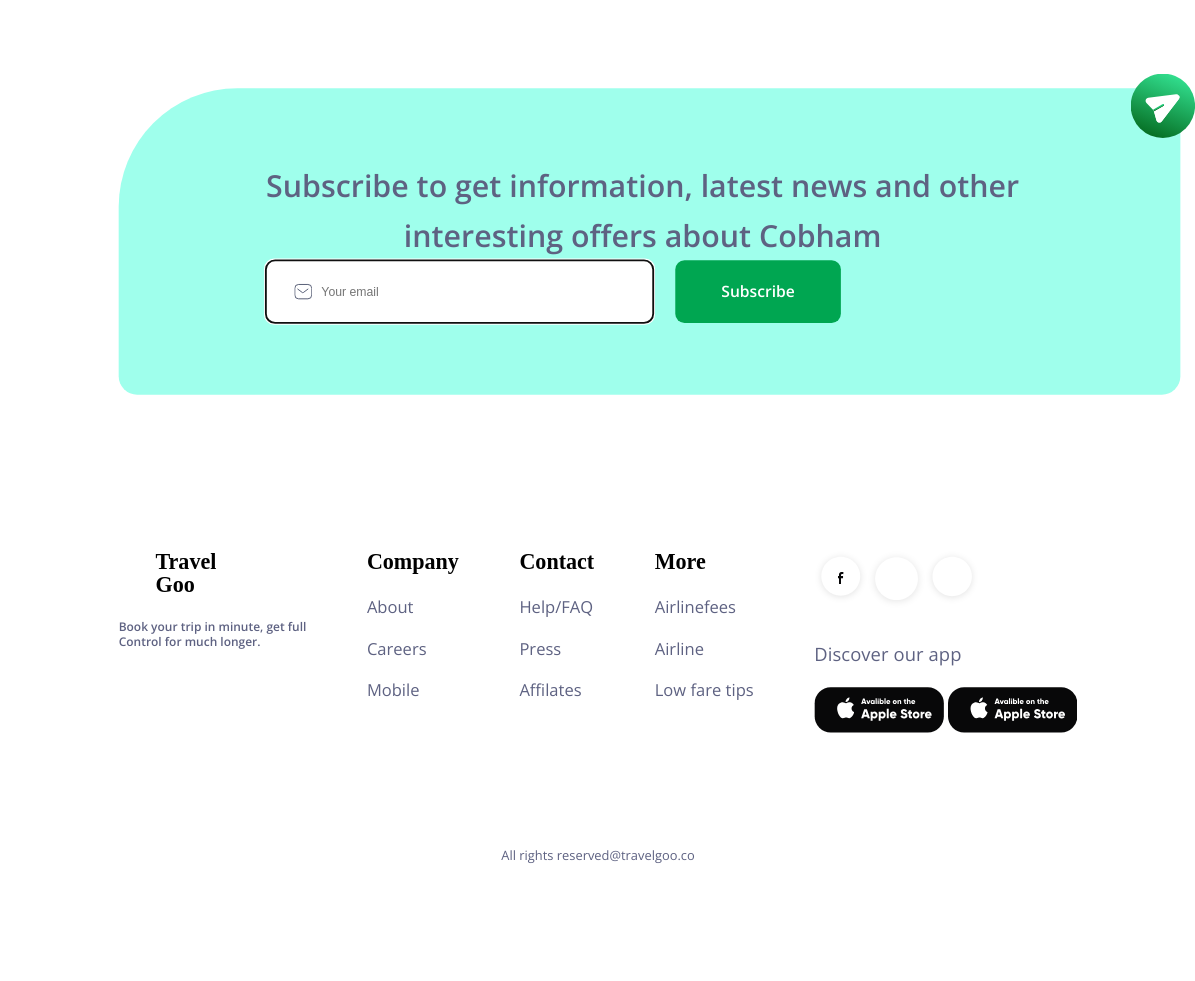
Repository: HeybetzadeQedim/task-5
Page: index.html
The author's editor kept a copy of each file at every save. The page is drawn from the files as they stood at one save, then again after the next save.
The browser window is 1280 px wide. The page is 1299 px wide, so the pictures cover 1299 px, including what lies to the right of the window. The pictures show the whole page, at 92% of full size.
The first visible `.input-box` has the focus.
Some web fonts or font styles are not loaded; a fallback is used.

Above is the page before, as saved 2023-10-16 16:23:53.

After the next save:
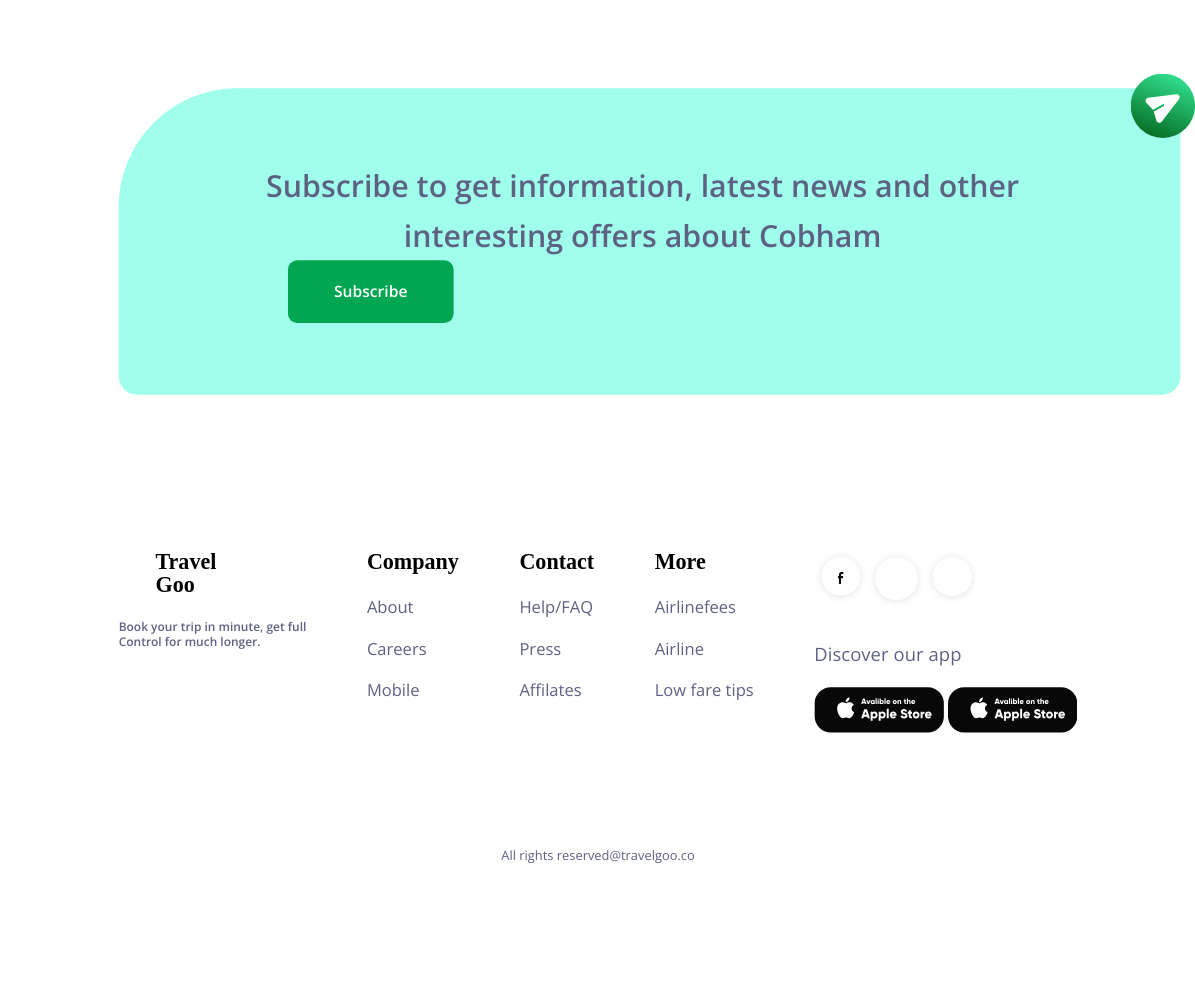
Saved 25 s later.
--- a/index.css
+++ b/index.css
@@ -185,7 +185,7 @@
 margin-left: 10px;
 
 }
-.input-box:focus ~ svg {
+.input-box:focus  {
   display: none;
 
 }

After the save that followed:
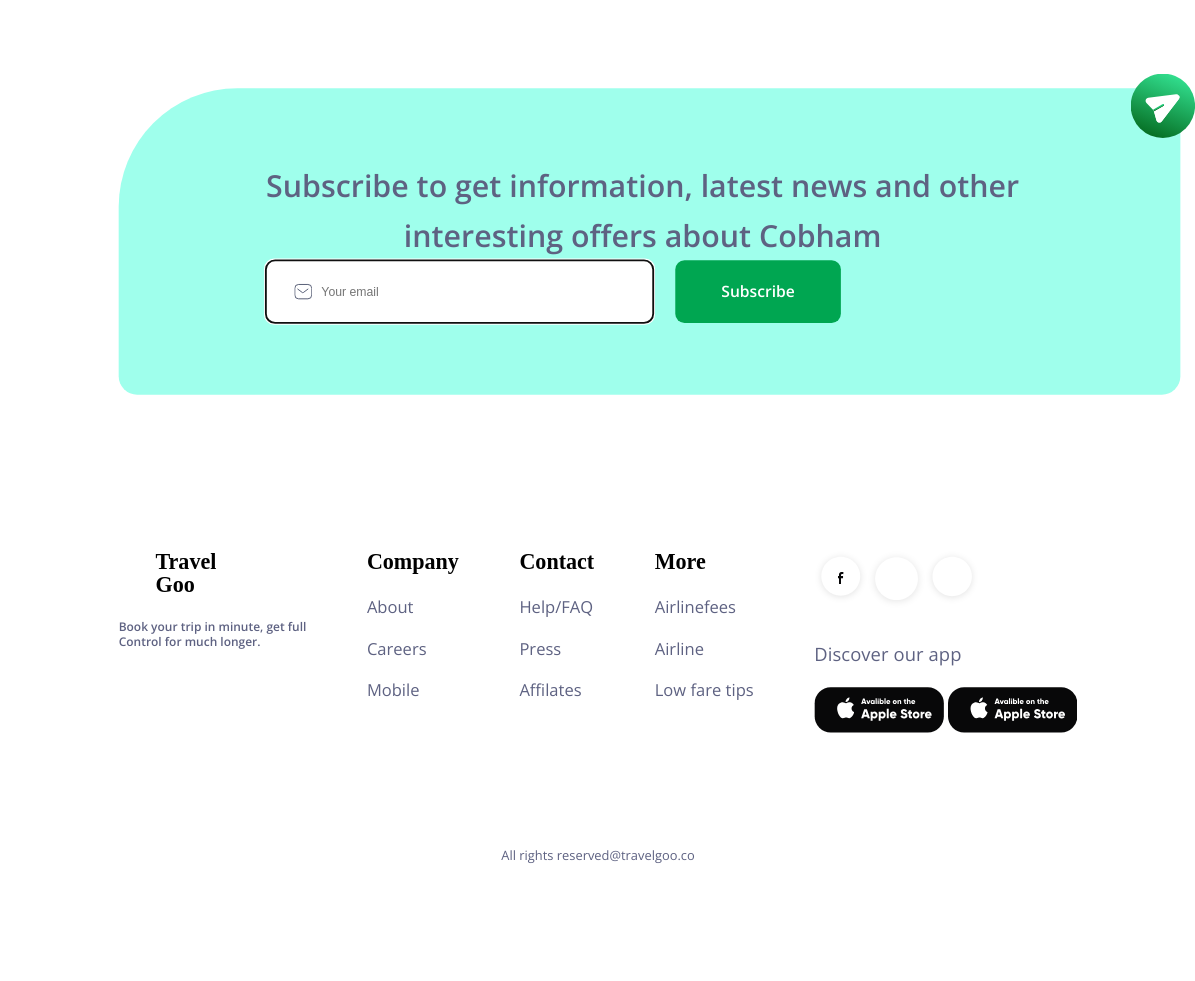
Saved 6 s later.
--- a/index.css
+++ b/index.css
@@ -186,6 +186,6 @@
 
 }
 .input-box:focus  {
-  display: none;
+border: none;
 
 }
